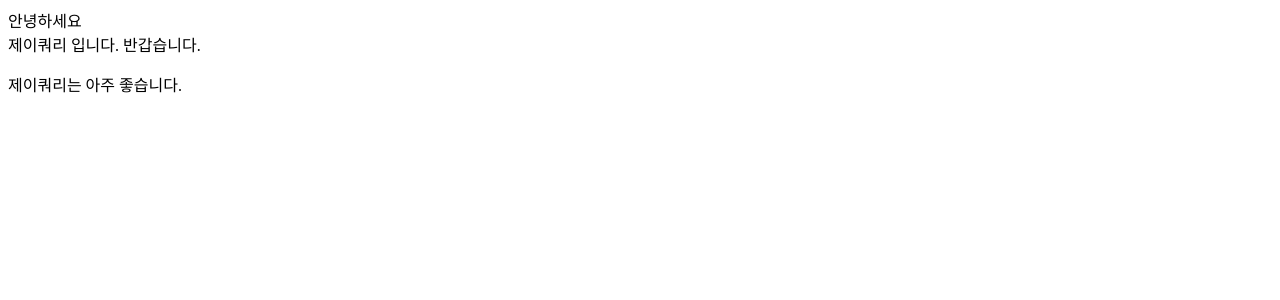
Repository: qkr5318/JSP_STUDY
Page: SIXTH_JSP/WebContent/study01/jQuery2.html
An editor plug-in stored every save of this project. The page is shown before and after the next save, followed by the edit.
The browser window is 1280 px wide. The pictures show the whole page.

Above is the page before, as saved 2023-01-06 05:51:55.
Console error: SyntaxError: Invalid or unexpected token

After the next save:
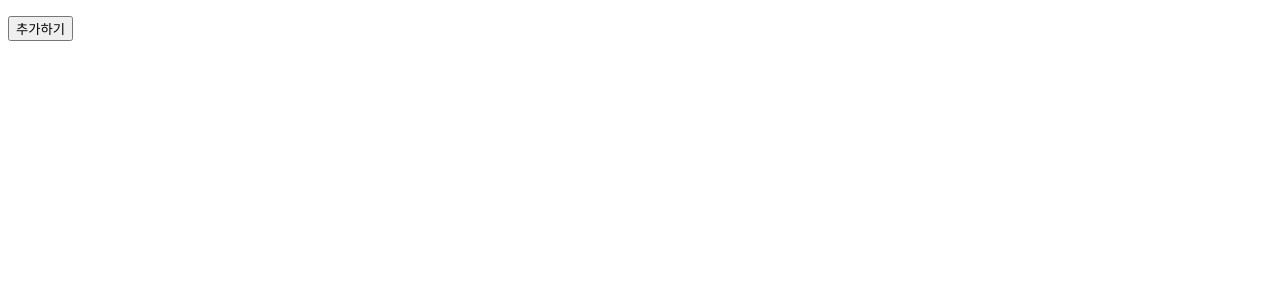
The error is gone.
Saved 66 s later.
--- a/SIXTH_JSP/WebContent/study01/jQuery2.html
+++ b/SIXTH_JSP/WebContent/study01/jQuery2.html
@@ -16,20 +16,18 @@
 	function addHtml(){
 		// 제이쿼리로 id가 article인 태그를 찾아서
 		// html() 메서드의 인자 값을 태그에 설정합니다.
-		$("#article").html('장나라님 안녕하세요' + ''<br>')
+		$("#article").html('장나라님 안녕하세요' + '<br>');
 
 }
 
 </script>
 </head>
 <body>
-	<div class="class1">안녕하세요</div>
-	<div id="unique1">제이쿼리 입니다. 반갑습니다.</div>
-	<div id="unique2">
-	<p>제이쿼리는 아주 좋습니다.</p>
-
+	<div>
+		<p id="article"></p>
 	</div>
-
+	<!-- 버튼 클릭시 addHtml() 함수를 호출합니다. -->
+	<input type="button" value="추가하기" onclick="addHtml()">
 
 
 </body>
